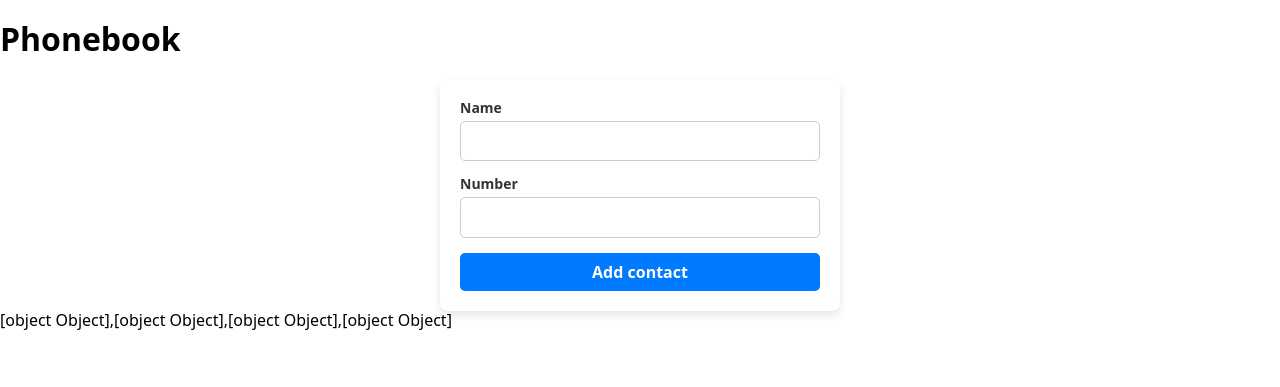
Repository: Evgeniya-Tishakova/goit-react-hw-03
Page: /
These files come from the project's save history. The page is drawn as it stood at one moment and after the next save; the edit follows.
The browser window is 1280 px wide. The pictures show the whole page.
The project was rebuilt for these pictures with package versions that can differ from the ones it lists, and the page was loaded fresh each time. Also part of the build but not shown: vite.config.js, src/index.css, src/components/App/App.module.css, src/components/ContactList/ContactList.module.css, src/components/ContactList/ContactList.jsx.

Above is the page before, as saved 2025-03-08 00:28:15.

After the next save:
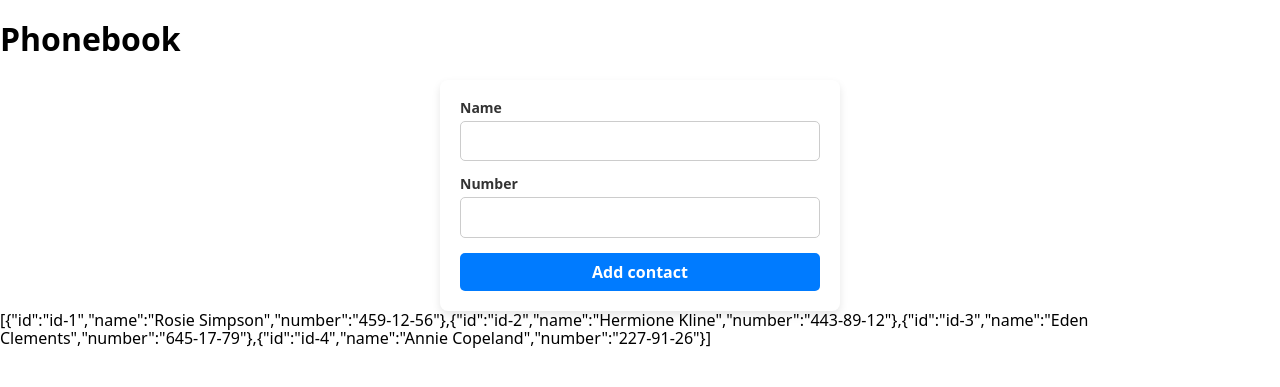
Saved 37 s later.
--- a/src/components/App/App.jsx
+++ b/src/components/App/App.jsx
@@ -30,7 +30,7 @@ export default function App() {
       <div className={css.container}>
         <h1 className={css.title}>Phonebook</h1>
         <ContactForm onAdd={addUsers} />
-        {users.toString()}
+        {JSON.stringify(users)}
       </div>
     </>
   );
